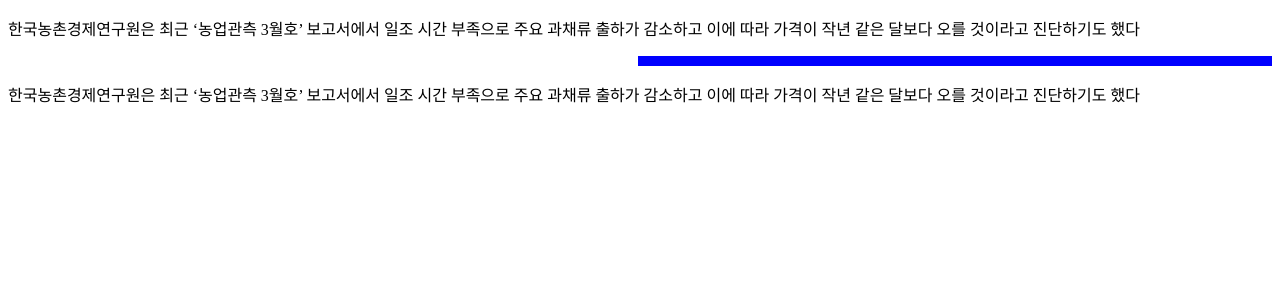
Repository: Hswwwww/WEB
Page: ClientTest/src/main/webapp/html/ex09_hr.html
These files come from the project's save history. The page is drawn as it stood at one moment and after the next save; the edit follows.
The browser window is 1280 px wide. The pictures show the whole page.

Above is the page before, as saved 2024-03-13 01:00:54.

### ClientTest/src/main/webapp/html/ex09_hr.html
<!DOCTYPE html>
<html>
<head>
<meta charset="UTF-8">
<title>Insert title here</title>
</head>
<body>

	<!--

		<hr>태그, Horizontal Rule
		- 수평바
		- 문단과 문단을 구분하는 역할
		- 콘텐츠와 콘텐츠를 구분하는 역할
		- 단독태그

		hr 속성
		1. size : 선의 두께
		2. width : 선의 너비 (세로길이)
		3. align : 선의 수평정렬
		4. color : 선의 색상

		HTML 속성값의 종류(형태)
		1. 숫자형
			- 단위없음 : 픽셀(pixel, 화소) > 화상을 구성하는 최소 단위(단일 색상을 가지는 점 1개) , 절대값
		 	- 단위있음 : % > 백분율 > 부모 태그의 영역을 기준(*******)
		2. 열거형
			- 정해진 속성값 중 하나를 사용
		3. 색상형
			- 색상명 or RGB


	 -->


	  <p>한국농촌경제연구원은 최근 ‘농업관측 3월호’ 보고서에서 일조 시간 부족으로 주요 과채류 출하가 감소하고 이에 따라 가격이 작년 같은 달보다 오를 것이라고 진단하기도 했다</p>

	 	<hr size = "10" width = "50%" align = "right" color = "blue">
	 	<!-- <hr>의 부모 <body> -->



	  <p>한국농촌경제연구원은 최근 ‘농업관측 3월호’ 보고서에서 일조 시간 부족으로 주요 과채류 출하가 감소하고 이에 따라 가격이 작년 같은 달보다 오를 것이라고 진단하기도 했다</p>




</body>
</html>

After the next save:
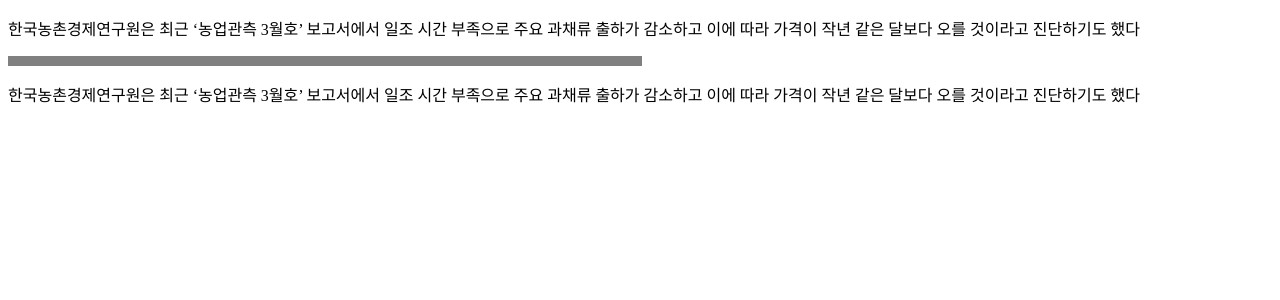
Saved 86 s later.
--- a/ClientTest/src/main/webapp/html/ex09_hr.html
+++ b/ClientTest/src/main/webapp/html/ex09_hr.html
@@ -19,6 +19,8 @@
 		2. width : 선의 너비 (세로길이)
 		3. align : 선의 수평정렬
 		4. color : 선의 색상
+		5. noshade : 선의 그림자 유무
+
 
 		HTML 속성값의 종류(형태)
 		1. 숫자형
@@ -28,14 +30,13 @@
 			- 정해진 속성값 중 하나를 사용
 		3. 색상형
 			- 색상명 or RGB
-
-
+		4.
 	 -->
 
 
 	  <p>한국농촌경제연구원은 최근 ‘농업관측 3월호’ 보고서에서 일조 시간 부족으로 주요 과채류 출하가 감소하고 이에 따라 가격이 작년 같은 달보다 오를 것이라고 진단하기도 했다</p>
 
-	 	<hr size = "10" width = "50%" align = "right" color = "blue">
+	 	<hr size = "10" width = "50%" align = "left" noshade>
 	 	<!-- <hr>의 부모 <body> -->
 
 
